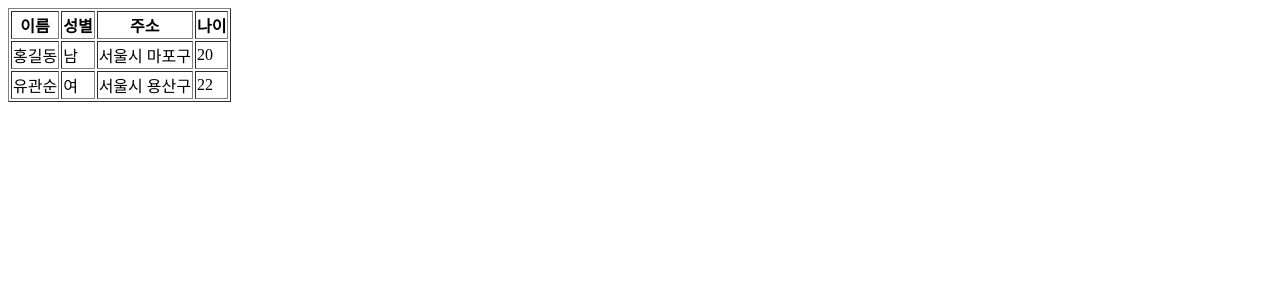
Repository: bbseok97/HTML
Page: HTML/src/main/webapp/table.html
An editor plug-in stored every save of this project. The page is shown before and after the next save, followed by the edit.
The browser window is 1280 px wide. The pictures show the whole page.

Above is the page before, as saved 2024-04-04 03:44:24.

### HTML/src/main/webapp/table.html
<!DOCTYPE html>
<html>
	<head>
		<meta charset="UTF-8">
		<title>table 태그</title>
	</head>
	<body>
		<table border='1'>
			<tr>
				<th>이름</th>	<!-- th태그는 테이블 헤더 부분 : 문자가 가운데 정렬, bold -->
				<th>성별</th>
				<th>주소</th>
				<th>나이</th>
			</tr>
			<tr>
				<td>홍길동</td>
				<td>남</td>
				<td>서울시 마포구</td>
				<td>20</td>
			</tr>
			<tr>
				<td>유관순</td>
				<td>여</td>
				<td>서울시 용산구</td>
				<td>22</td>
			</tr>
		</table>
	</body>
</html>

After the next save:
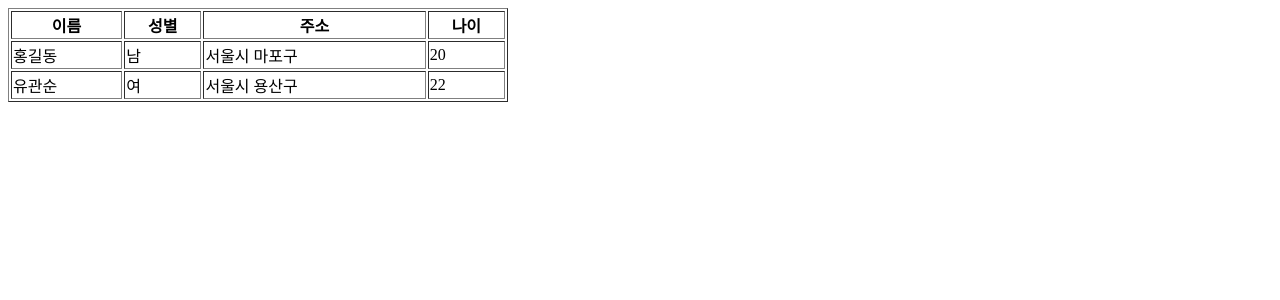
Saved 96 s later.
--- a/HTML/src/main/webapp/table.html
+++ b/HTML/src/main/webapp/table.html
@@ -5,7 +5,7 @@
 		<title>table 태그</title>
 	</head>
 	<body>
-		<table border='1'>
+		<table border='1' width="500">
 			<tr>
 				<th>이름</th>	<!-- th태그는 테이블 헤더 부분 : 문자가 가운데 정렬, bold -->
 				<th>성별</th>
